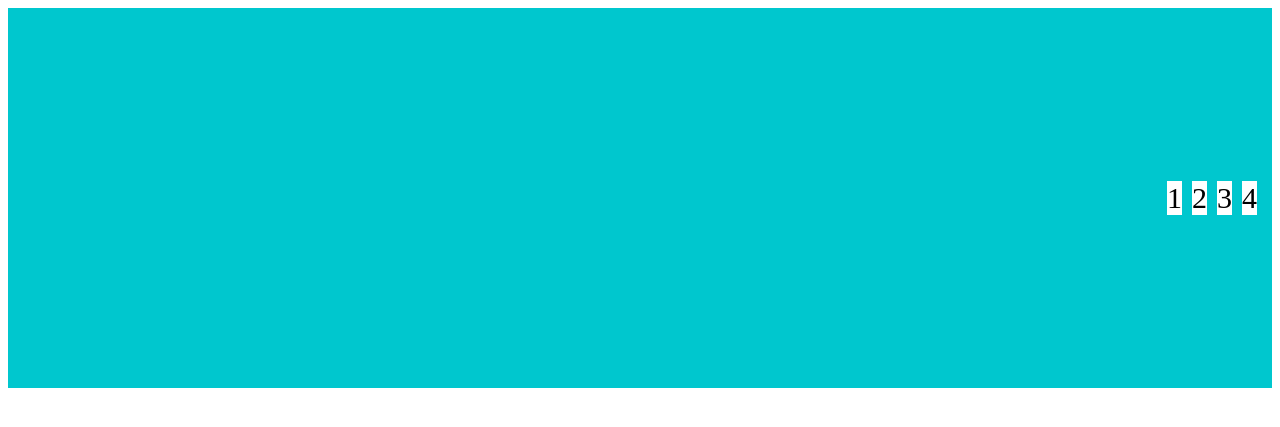
Repository: ryo32sun/Html-Practice
Page: flex/flex.html
The author's editor kept a record of every edit. The page is drawn from the files as they stood at one moment, then again after the next edit.
The browser window is 1280 px wide. The pictures show the whole page.

Above is the page before.

### flex/flex.html
<!DOCTYPE html>
<html lang="ja">
  <head>
    <meta charset="UTF-8">
    <link rel="stylesheet" href="flex.css">
    <title>flexbox</title>
  </head>

  <body>
    <div class="flex">
      <div>1</div>
      <div>2</div>
      <div>3</div>
      <div>4</div>

    </div>
  </body>

</html>

### flex/flex.css
.flex {
  background-color: #00c7ce;
  height: 50vh;
  padding: 10px;
  display: flex;
  justify-content: flex-end;
  align-items: center;
}

.flex > div {
  background-color: #fff;
  margin:5px;
  font-size:30px;
}

After the next edit:
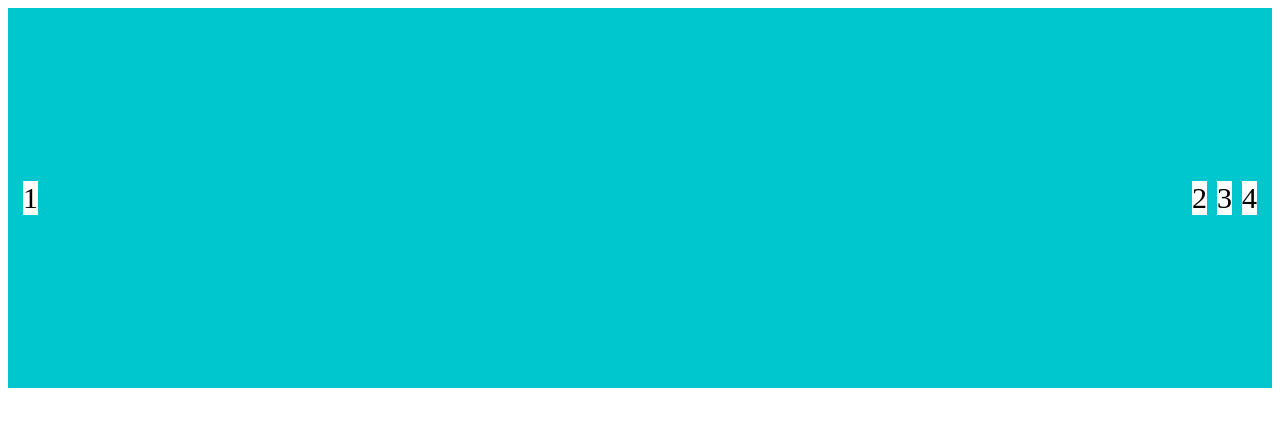
The edit:
--- a/flex/flex.css
+++ b/flex/flex.css
@@ -7,6 +7,10 @@
   align-items: center;
 }
 
+.flex > :first-child {
+  margin-right: auto;
+}
+
 .flex > div {
   background-color: #fff;
   margin:5px;
